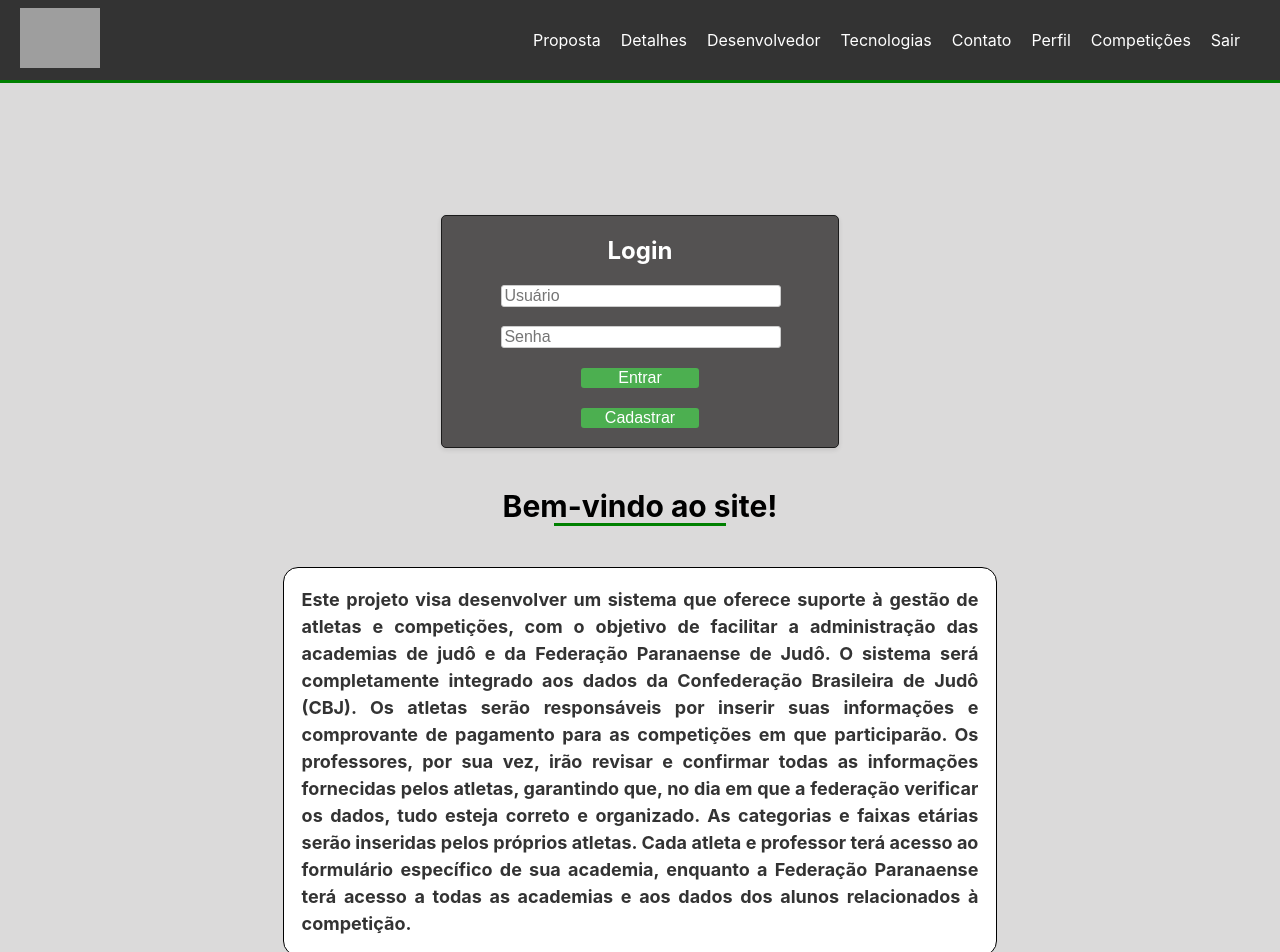
Repository: gustavo-eng/TheFightDay
Page: / (app in Client/frontend/)
An editor plug-in stored every save of this project. The page is shown before and after the next save, followed by the edit.
The browser window is 1280 px wide. The pictures show the part of the page from y = 0 to 952 px (the page is 1735 px tall before and 1804 px after).
Pictures or frames that could not be fetched are drawn as grey boxes. The project was rebuilt for these pictures with package versions that can differ from the ones it lists, and the page was loaded fresh each time. Also part of the build but not shown: Client/frontend/src/App.css, Client/frontend/src/utils/PrivateRoute.js, Client/frontend/src/service/taskServiceCompetition.js, Client/frontend/src/Components/cardCompetition.css, Client/frontend/src/Components/CardCompetition.js, Client/frontend/src/service/taskServicePayment.js, Client/frontend/src/pages/Home.js, Client/frontend/src/pages/payment.css and 3 more.

Above is the page before, as saved 2023-06-20 13:08:00.

### Client/frontend/src/App.js

import './App.css';

//Components
import Footer from './Components/Footer';
import Header from './Components/Header';


import Rotas from './routes/Routes';


function App() {
  return (
    <div className="App">
        <Header />
          <Rotas />
        <Footer/>
    </div>
  );
}



export default App;

### Client/frontend/src/routes/Routes.js

import { BrowserRouter, Route, Routes } from 'react-router-dom';

import PrivateRoute from '../utils/PrivateRoute';

//Screens
import Home from '../pages/Home';
import LoginScreen from '../pages/Login';
import Payments from '../pages/Payments';
import Profile from '../pages/Profile';
// USAR VIDEO DA ROCKETSEAT APENAS PARA VERIFICAR  SE NO  localstorage, existe o token
//caso tiver token, isAutenticated  = true e a rota privada para home podera ser renderizada





const Rotas = () => {
    return (
        <BrowserRouter>
            <Routes>
                <Route element={<PrivateRoute/>}>
                    <Route path='/home' element={<Home/>}  />
                    <Route path='/profile' element={<Profile/>}  />
                    <Route path='/payments' element={<Payments/>}  />
                </Route>
                <Route path="/" element={<LoginScreen />} />
            </Routes>
        </BrowserRouter>
    )
}

export default Rotas;

### Client/frontend/src/Components/footer.css
footer {

    position: relative; /* aquiii */
    display: flex;
    align-self: flex-end;
    flex-direction: row;

    bottom: 0;
    left: 0;
    width: 100%;
    background-color: #333;
    color: #fff;
    padding: 9px 0;
    font-size: 14px;
    border-top: 3.2px solid green;

  }

  .container {
    max-width: 1200px;
    margin: 0 auto;
    padding: 0 10px;
  }

  .footer-logo img {
    height: 50px;
  }

  .footer-links ul {
    list-style: none;
    margin: 15px;
    padding: 0;
  }

  .footer-links li {
    display: inline-block;
    margin-right: 90px;
  }

  .footer-links a {
    color: #fff;
    text-decoration: none;
  }

  .footer-social a {
    margin-right: 10px;
  }

  .footer-social img {
    height: 20px;
  }

  .card_tecnologia {
      margin-left: 5vh;
      margin-right: 5vh;
      height: 15px;
      /* background-color: purple; */

  }

### Client/frontend/src/Components/header.css
header {
    background-color: #333;
    height: 85px;
    width: 100%;
    border-bottom: 3.2px solid green;

}


nav {
    display: flex;
    align-items: center;
    justify-content: space-between;
    height: 100%;
    padding: 0 20px;
    color: #fff;
}

.logo img {
    height: 60px;
}

.menu {
    list-style: none;
    display: flex;
}

.menu li {
    margin-right: 20px;
}

.menu li a {
    color: #fff;
    text-decoration: none;
    font-size: 16px;
}

.menu li a:hover {
    color: green;
}

### Client/frontend/src/pages/Login.js
import React, { useEffect, useState } from 'react';
import { useNavigate } from 'react-router-dom';
import taskService from '../service/taskServiceUser';


//css
import '../Components/formLogin.css';

const LoginScreen  = (props) => {
    const [user, setUser] = useState('');
    const [email, setEmail] = useState('');
    const [password, setPassword] = useState('');
    const [newUser, setNewUser] = useState(false);
    const [contUser, setContUser] = useState(0);
    const [selectedPermission, setSelectedPermission] = useState('');

    const [validatorRegister, setValidatorRegiste] = useState(false)

    const navigate = useNavigate()

    const handleUserChange = (e) => {
        setUser(e.target.value);
    };

    const handlePermissionChange = (event) => {
        setSelectedPermission(event.target.value);
    };

    const handleEmailChange = (e) => {
        setEmail(e.target.value)
    }

    const handlePasswordChange = (e) => {
        setPassword(e.target.value);
    };

    //falta o handleEmailChange

    useEffect(() => {
        // localStorage.removeItem('token')
        localStorage.clear()
    }, [])

    const handleSubmit = async (e) => {
      e.preventDefault();
      console.log('Clicou no Entrar')
      const response = await taskService.login(user, password)
      console.log(' Response dentro do handleSubmit')
      console.log(response)

      const token = response.token
      localStorage.setItem('token', token);
      localStorage.setItem('userId', response.userId)
      localStorage.setItem('user', response.user)
      localStorage.setItem('permission', response.userPermission)
      navigate('/home')

    }

    const handleNewUser = async (evt) => {
        evt.preventDefault();
        setNewUser(!newUser)
        setContUser(contUser + 1)
        console.log(contUser)
        //(user, password, email, permission)
        if(contUser > 0) { //cadastar
            if(user.length > 3 && password.length > 3) {
                const response = await taskService.register(user, password, email, selectedPermission)
                console.log(response)
                setTimeout(() => {
                    setValidatorRegiste(true)
                }, 3000)

                setValidatorRegiste(false)

            }
            setContUser(0)
            setValidatorRegiste(false)

        }
        console.log('contUser depois  do if ')
        console.log(contUser)
    }



    return (
        <>
                <div class="container_proposta">

                <p class= "p_proposta">
                                Este projeto visa desenvolver um sistema que oferece suporte à gestão de atletas e competições, com o objetivo de facilitar a administração das academias de judô e da Federação Paranaense de Judô. O sistema será completamente integrado aos dados da Confederação Brasileira de Judô (CBJ). Os atletas serão responsáveis por inserir suas informações e comprovante de pagamento para as competições em que participarão. Os professores, por sua vez, irão revisar e confirmar todas as informações fornecidas pelos atletas, garantindo que, no dia em que a federação verificar os dados, tudo esteja correto e organizado. As categorias e faixas etárias serão inseridas pelos próprios atletas. Cada atleta e professor terá acesso ao formulário específico de sua academia, enquanto a Federação Paranaense terá acesso a todas as academias e aos dados dos alunos relacionados à competição.
                </p>
                    <h2 class="proposta_title">Bem-vindo ao site!</h2>
                    <div class="container_login">
                        <div class="login-form">

                        <h2> Login  </h2>
                        <div class="container_form">
                            <form onSubmit={handleSubmit}>

                                <input
                                    type="text"
                                    placeholder="Usuário"
                                    name="user"
                                    value={user}
                                    onChange={handleUserChange}
                                    required
                                />
                                <input
                                    type="password"
                                    placeholder="Senha"
                                    name="password"
                                    value={password}
                                    onChange={handlePasswordChange}
                                    required
                                />
                                {validatorRegister  && (
                                    <h2>Valores invalidos</h2>
                                )}
                                {newUser == true ?
                                    <>
                                        <input
                                            type="text"
                                            placeholder="email"
                                            name="email"
                                            value={email}
                                            onChange={handleEmailChange}
                                            required
                                        />
                                        <select id="permissionSelect2" value={selectedPermission} onChange={handlePermissionChange} >
                                            <option value="aluno">Escolha</option>
                                            <option value="aluno">Aluno</option>
                                            <option value="sensei">Sensei</option>
                                        </select>
                                    </>
                                    : <button type="submit">Entrar</button>

                                }

                                <button onClick={handleNewUser}> Cadastrar </button>

                            </form>
                        </div>
                        </div>
                    </div>
            </div>
            <img   id= "fundo"src="https://static.wixstatic.com/media/5b4b97_a56bf4008973433bb99533d525220bad~mv2.png/v1/fill/w_1895,h_926,al_c,q_90,usm_0.66_1.00_0.01,enc_auto/5b4b97_a56bf4008973433bb99533d525220bad~mv2.png" alt="federacao" />
        </>
    )
}



export default LoginScreen;

### Client/frontend/src/pages/home.css
body {
    background-color: rgb(219, 218, 218);
    margin: 0;

    background-image: none;
    /* background-size: contain; */
    background-position: 500px; /* Posiciona a imagem no canto superior esquerdo */
}

/* moddal ==================================================================*/

.modal-competition {
    display: flex;
    flex-direction: column;
    align-items: center;
    padding-top: 5px;
    background-color: rgb(139, 139, 139);
    border-radius: 10px;
    width: 40vh;
    height: 52vh;
    margin-left: 39%;
    border: 2px solid green;
    margin-top: 29vh;
}

.modal-competition input {
    background-color: rgb(223, 223, 220);
    padding: 2px;
    border-radius: 5px;
    border: none;
    margin-top: 2.2vh;
    height: 3vh;
}

.modal-competition button {
    background-color: rgb(12, 130, 6);
    border: none;
    margin-top: 2.6vh;
    border-radius: 5px;
    height: 4vh;
    color: white;
    cursor: pointer;
    padding: 8px;
    font-weight: 500;
}

.btn-Close-modal {
    background-color: rgb(129, 157, 5) !important;
    border: 1px solid rgb(93, 103, 1) !important;
}


.btn-del-comp {
    background-color: red !important;

}

/* moddal ==================================================================*/
.containerHome {
    display: flex;
    flex-direction: column;
    align-items: center;
    width: 100%;
}


.cardCompetition {
    border-radius: 5px;
    border: 1px solid green;
    margin-bottom: 3px;
    width: 56vh;
    padding: 8px;
    margin-bottom: 20px;
    background-color: rgb(123, 123, 123);
}

.containerCompeticao {
    width: 70vh;
    display: flex;
    flex-direction: column;
    align-items: center;
    background-color: rgb(112, 107, 112);
    border-radius: 12px;
    padding: 5px;
    margin-bottom: 4vh;
    padding: 1px;
    border: 2px solid green;

}

.btn-OpenModal {
    cursor: pointer;
    background-color: rgb(19, 182, 70);
    margin-right: 2vh;
    width: 9vh;
    height: 3.2vh;
    outline: none;
    border: 1px solid green;
    border-radius: 6px;
    color: rgb(236, 236, 236);
    font-weight: bold;
    font-size: 9px;

}


.btn-payBefore {

    background-color: rgb(140, 166, 10);
    cursor: pointer;
    /* background-color: rgb(19, 182, 70); */
    margin-right: 2vh;
    width: 9vh;
    height: 3.2vh;
    font-size: 10px;
    outline: none;
    border: 1px solid rgb(68, 94, 3);
    border-radius: 6px;
    color: rgb(236, 236, 236);
    /* font-weight: bold; */
}


.cardAtributes {
    background-color: rgb(206, 204, 204);
    border: 1px solid green;
    border-radius: 5px;
    margin-bottom: 8px;
    display: flex;
    flex-direction: column;
    align-items: center;

}

.formPayment {
    background-color: rgb(167, 162, 162);
    display: flex;
    flex-direction: column;
    align-items: center;
    margin-bottom: 1px;
    color: rgb(71, 71, 68);
    border-radius: 10px;
    margin-top: 3vh;


}


.formPayment  input {
    background-color: rgb(237, 232, 237);
    display: flex;
    border-radius: 5px;
    margin-bottom: 6px;
    margin-left: 2vh;
    outline: none;
    height: 22px;
    width: 28vh;
    border:  1px solid rgb(105, 104, 104);

}


.btn-form-payment {
    background-color: rgb(7, 144, 10);
    width: 15vh;
    outline: none;
    border: none;
    border-radius: 5px;
    margin-bottom: 5px;
    color: white;
    height: 3vh;
    align-self: flex-end;
    margin-right: 2vh;
    margin-top: 3vh;
    margin-bottom: 2.7vh;
    cursor: pointer;

}

.btn-cancel-form-payment {
    background-color: rgb(144, 41, 7);
    width: 15vh;
    outline: none;
    border: none;
    border-radius: 5px;
    margin-bottom: 5px;
    color: white;
    height: 3vh;
    align-self: flex-end;
    margin-right: 2vh;
    margin-bottom: 1vh;
    cursor: pointer;
    font-size: 12px;
}

/*
.allCards {
    align-items: end;
    flex-wrap: wrap;
    background-color: purple;
    width: 100%;
} */

### Client/frontend/src/Components/formLogin.css
body {
    background-color: rgb(219, 218, 218);
    margin: 0;
    /* background-image: url('https://c4.wallpaperflare.com/wallpaper/246/188/1015/fight-skill-training-technique-wallpaper-preview.jpg'); */
    background-size: contain;
    background-position: 500px; /* Posiciona a imagem no canto superior esquerdo */
}

  #fundo {
    height: 93vh;
    width: 100%;
    opacity: 0.95;
    margin-bottom: -5px;
  }

  header {
      background-color: #333;
      height: 80px;
      border-bottom: 3.2px solid green;
  }

  nav {
      display: flex;
      align-items: center;
      justify-content: space-between;
      height: 100%;
      padding: 0 20px;
      color: #fff;
  }

  .logo img {
      height: 60px;
  }

  .menu {
      list-style: none;
      display: flex;
  }

  .menu li {
      margin-right: 20px;
  }

  .menu li a {
      color: #fff;
      text-decoration: none;
      font-size: 16px;
  }

  .menu li a:hover {
      color: green;
  }

  .container_proposta p {
    font-size: 18px;
    line-height: 1.5;
    color: #333;
    margin-bottom: 20px;
    text-align: justify;
    background-color: #ffffff;
    width: 94vh;
    border-radius: 15px;
    border: solid 0.7px black;
    padding: 18px;
  }

  .proposta_title {
    position: relative;
    /*   background-color: red; */
    display: flex;
    flex: 1;
    flex-direction: column;
    align-items: center;
    font-size: 30px;
  }

  .proposta_title::after {
    content: "";
    position: absolute;
    bottom: -2px;
    left: 1;
    width: 24vh;
    height: 3px;
    background-color: green;
  }

  .container_proposta  {
    /*   background-color: red; */

      display: flex;
      flex: 1;
      flex-direction: column-reverse;
    }

   .p_proposta {
    width: 75%;
    align-self: center;
    font-weight: bold;
    color: #e1e1e1;
   }

  .container_form {

    display: flex;
    flex-direction: column;
    align-items: center;
  }

  .container_login {
    /* background-color: yellow; */
    margin-top: 18vh;
    width: 100%;
    display: flex;
    flex: 1;
    flex-direction: column;
    align-items: center;
   }

  .login-form {

    display: flex;
    flex-direction: column;
    align-items: center;
    height: 34%;
    margin-top: 2px;
    margin-bottom: 1.2%;
    background-color: #545252;
     /* aquiii fsfdafsfsdgdfsgsdfdsfgfg*/
    box-shadow: 0 2px 5px rgba(0, 0, 0, 0.1);
    width: 55vh;
    border-radius: 5px;
    border: 1.3px solid rgb(27, 27, 27);
  }

  .login-form h2 {
    /* background-color: red; */
    color: white;
    text-align: center;
    margin-bottom: 20px;
  }

  .login-form input[type="text"],
  .login-form input[type="password"] {
    /* background-color: purple; */
    width: 38vh;
    height: 20%;
    /* padding: 10px; */
    margin-bottom: 19px;
    border: 1px solid #ccc;
    border-radius: 3px;
    font-size: 16px;
    outline-width: 0;
    margin-left: 15%;
  }

  .login-form button {
    width: 30%;
    /* padding: 10px; */
    height: 30%;
    border: none;
    background-color: #4CAF50;
    color: #fff;
    font-size: 16px;
    cursor: pointer;
    border-radius: 3px;
    margin-bottom: 19px;
    margin-left: 35%;

  }

  .container_form {
    /* background-color: pink; */
    display: flex;
    flex-direction: column;
    align-items: center;
  }

  .login-form button:hover {
    background-color: #267029;
  }

  footer {

    position: relative; /* aquiii */
    display: flex;
    align-self: flex-end;
    flex-direction: row;

    bottom: 0;
    left: 0;
    width: 100%;
    background-color: #333;
    color: #fff;
    padding: 9px 0;
    font-size: 14px;
    border-top: 3.2px solid green;

  }

  .container {
    max-width: 1200px;
    margin: 0 auto;
    padding: 0 10px;
  }

  .footer-logo img {
    height: 50px;
  }

  .footer-links ul {
    list-style: none;
    margin: 15px;
    padding: 0;
  }

  .footer-links li {
    display: inline-block;
    margin-right: 90px;
  }

  .footer-links a {
    color: #fff;
    text-decoration: none;
  }

  .footer-social a {
    margin-right: 10px;
  }

  .footer-social img {
    height: 20px;
  }


  .container_main {
    display: flex;
    flex: 1;
    flex-direction: column-reverse;
    align-content: flex-end;
  }

  #permissionSelect2 {
    display: flex;
    margin-left: 8.35vh;
    background-color: rgb(135, 135, 135);
    margin-bottom: 8vh;
    color: white;
    border-radius: 5px;
    height: 4vh;
    width: 15vh;
}

Loaded but not shown: Client/frontend/public/index.html (common file); Client/frontend/src/index.js (common file); Client/frontend/src/index.css (common file); Client/frontend/src/reportWebVitals.js (common file); Client/frontend/src/service/taskServiceUser.js (63 lines, source omitted); Client/frontend/src/Components/Footer.js (35 lines, source omitted); Client/frontend/src/Components/Header.js (31 lines, source omitted)

After the next save:
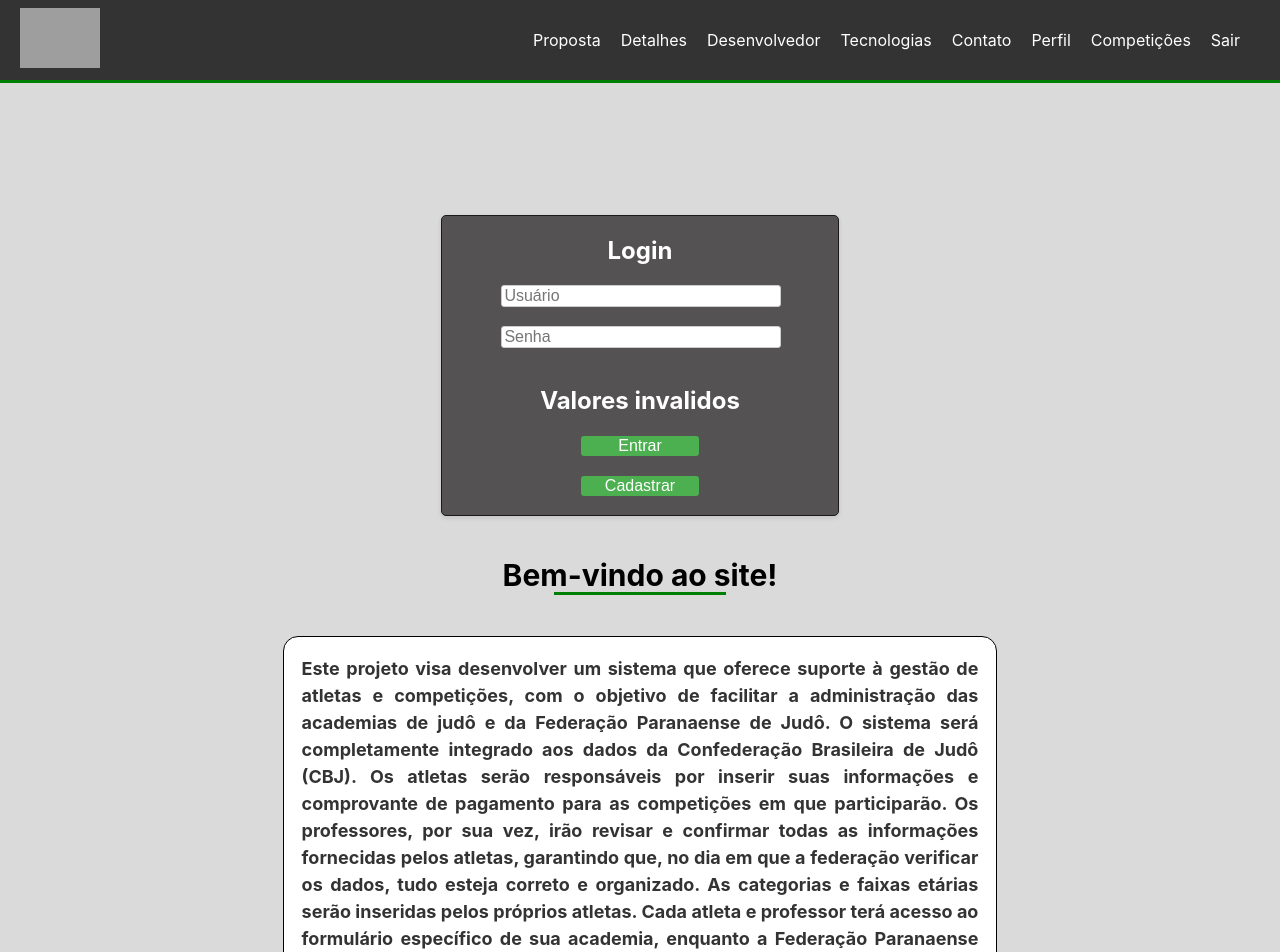
Saved 31 s later.
--- a/Client/frontend/src/pages/Login.js
+++ b/Client/frontend/src/pages/Login.js
@@ -14,7 +14,7 @@
     const [contUser, setContUser] = useState(0);
     const [selectedPermission, setSelectedPermission] = useState('');
 
-    const [validatorRegister, setValidatorRegiste] = useState(false)
+    const [validatorRegister, setValidatorRegiste] = useState(true)
 
     const navigate = useNavigate()
 

After the save that followed:
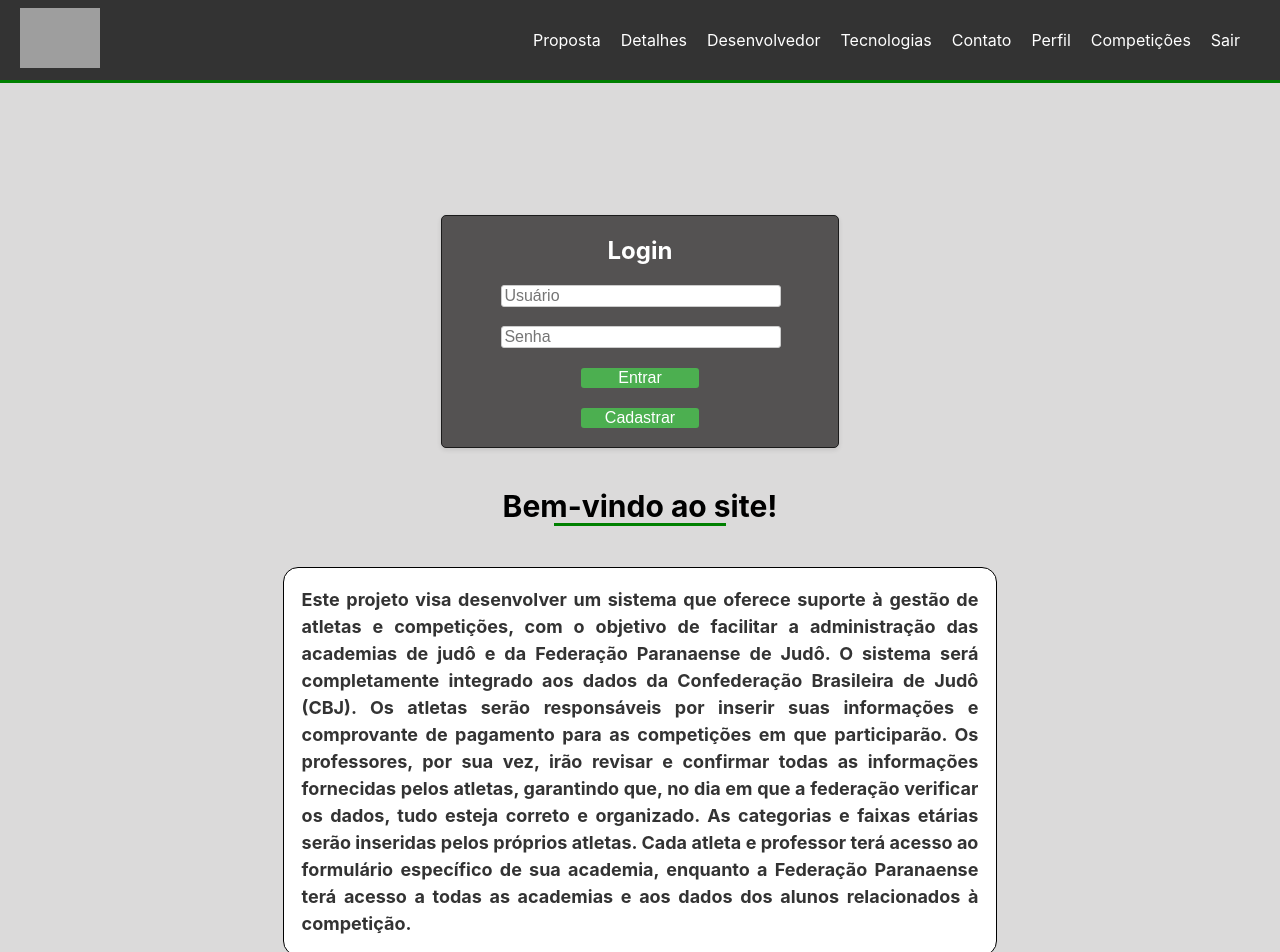
Saved 19 s later.
--- a/Client/frontend/src/pages/Login.js
+++ b/Client/frontend/src/pages/Login.js
@@ -14,7 +14,7 @@
     const [contUser, setContUser] = useState(0);
     const [selectedPermission, setSelectedPermission] = useState('');
 
-    const [validatorRegister, setValidatorRegiste] = useState(true)
+    const [validatorRegister, setValidatorRegiste] = useState(false)
 
     const navigate = useNavigate()
 
